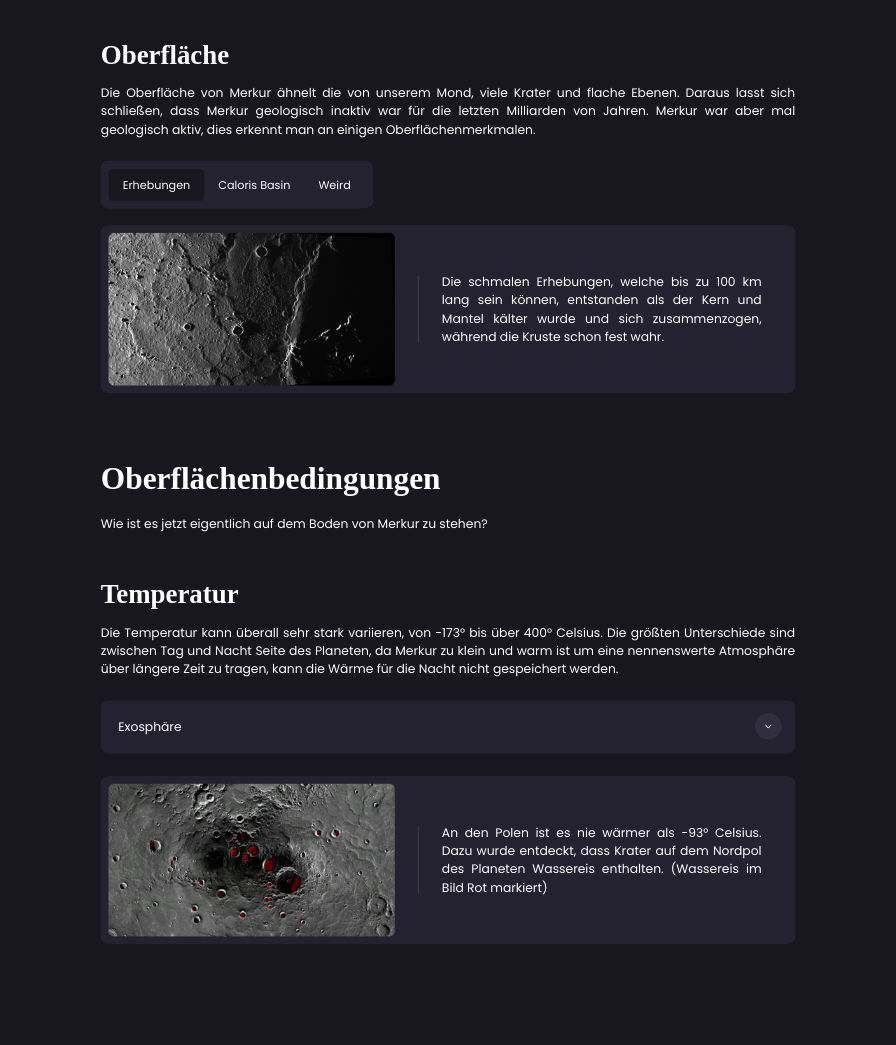
Repository: moreno-livak/solar
Page: dist/html/merkur.html
These files come from the project's save history. The page is drawn as it stood at one moment and after the next save; the edit follows.
The browser window is 1280 px wide. The pictures show the part of the page from y = 1774 to 3694 px (the page is 3267 px tall before and 3694 px after), at 70% of full size.
The style sheet was rebuilt from its Sass, Less or Tailwind sources for each picture, by a compiler version that may differ from the author's.

Above is the page before, as saved 2022-05-07 13:39:04.

After the next save:
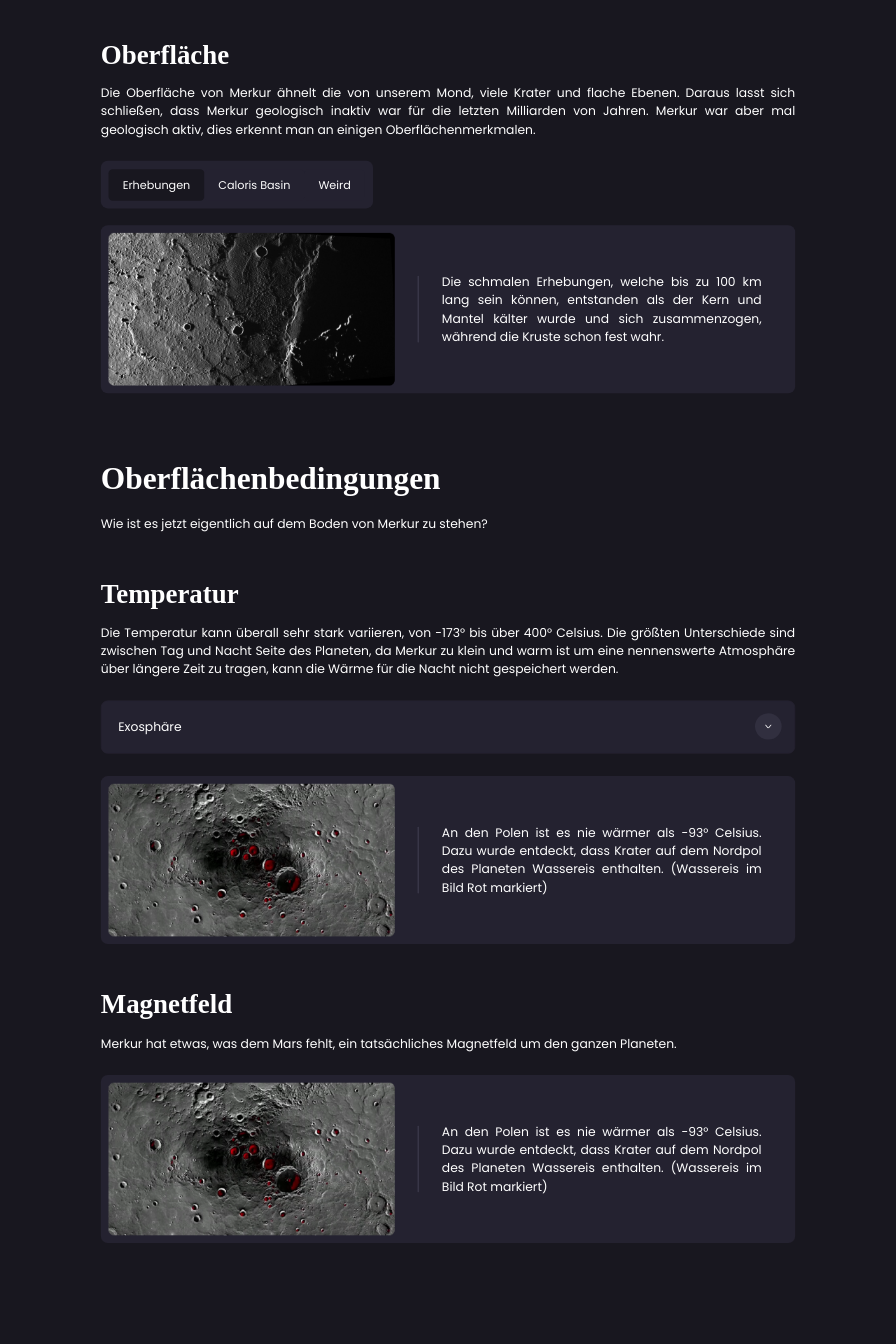
Saved 85 s later.
--- a/dist/html/merkur.html
+++ b/dist/html/merkur.html
@@ -152,6 +152,7 @@
     <h1 class="top">Oberflächenbedingungen</h1>
     <p>Wie ist es jetzt eigentlich auf dem Boden von Merkur zu stehen?</p>
 
+
     <h2>Temperatur</h2>
     <p>Die Temperatur kann überall sehr stark variieren,
       von -173° bis über 400° Celsius. Die größten Unterschiede sind
@@ -176,7 +177,20 @@
       <p>An den Polen ist es nie wärmer als -93° Celsius. Dazu wurde entdeckt,
         dass Krater auf dem Nordpol des Planeten Wassereis enthalten.
         (Wassereis im Bild Rot markiert)</p>
-  </div>
+    </div>
+
+
+    <h2>Magnetfeld</h2>
+    <p>Merkur hat etwas, was dem Mars fehlt, ein tatsächliches
+      Magnetfeld um den ganzen Planeten.</p>
+
+    <div class="content">
+      <img src="../assets/Merkur/Wassereis.png" alt="Wassereis an den Polen">
+      <div class="vl"></div>
+      <p>An den Polen ist es nie wärmer als -93° Celsius. Dazu wurde entdeckt,
+        dass Krater auf dem Nordpol des Planeten Wassereis enthalten.
+        (Wassereis im Bild Rot markiert)</p>
+    </div>
 
   </section>
 
